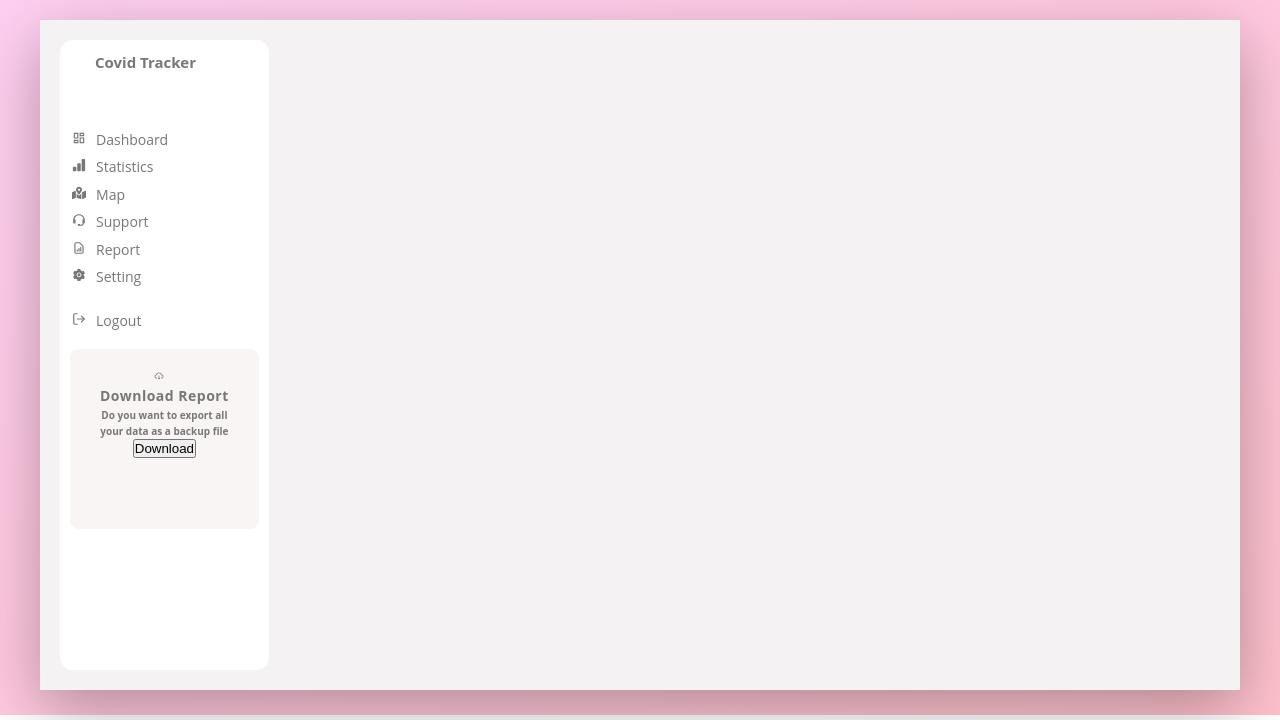
Repository: okidijimmy200/CovidAdminTracker
Page: /
These files come from the project's save history. The page is drawn as it stood at one moment and after the next save; the edit follows.
The browser window is 1280 px wide. The pictures show the whole page.
The project was rebuilt for these pictures with package versions that can differ from the ones it lists, and the page was loaded fresh each time.

Above is the page before, as saved 2022-06-16 12:56:36.

### public/index.html
<!DOCTYPE html>
<html lang="en">
  <head>
    <meta charset="utf-8" />
    <link rel="icon" href="%PUBLIC_URL%/favicon.ico" />
    <meta name="viewport" content="width=device-width, initial-scale=1" />
    <meta name="theme-color" content="#000000" />
    <meta
      name="description"
      content="Web site created using create-react-app"
    />
    <link rel="apple-touch-icon" href="%PUBLIC_URL%/logo192.png" />
    <!--
      manifest.json provides metadata used when your web app is installed on a
      user's mobile device or desktop. See https://developers.google.com/web/fundamentals/web-app-manifest/
    -->
    <link rel="manifest" href="%PUBLIC_URL%/manifest.json" />
    <!--
      Notice the use of %PUBLIC_URL% in the tags above.
      It will be replaced with the URL of the `public` folder during the build.
      Only files inside the `public` folder can be referenced from the HTML.

      Unlike "/favicon.ico" or "favicon.ico", "%PUBLIC_URL%/favicon.ico" will
      work correctly both with client-side routing and a non-root public URL.
      Learn how to configure a non-root public URL by running `npm run build`.
    -->
    <title>Covid Admin Tracker</title>
  </head>
  <body>
    <noscript>You need to enable JavaScript to run this app.</noscript>
    <div id="root"></div>
    <!--
      This HTML file is a template.
      If you open it directly in the browser, you will see an empty page.

      You can add webfonts, meta tags, or analytics to this file.
      The build step will place the bundled scripts into the <body> tag.

      To begin the development, run `npm start` or `yarn start`.
      To create a production bundle, use `npm run build` or `yarn build`.
    -->
  </body>
</html>

### src/index.scss
:root {
  --color-primary:#eb2f64;
  --color-primary-light:#ffcff1;
  --color-primary-dark:#ffc1cc;
  --color-grey-light-1: #faf9f9;
  --color-grey-light-2: #f4f2f2;
  --color-grey-light-3: #f0eeee;
  --color-grey-light-4: #ccc;
  --color-grey-dark-1: #333;
  --color-grey-dark-2: #777;
  --color-grey-dark-3: #999;

  // creating variable for box
  --shadow-dark: 0 2rem 6rem rgba(0, 0, 0, 0.3);

  --shadow-light: 0 2rem 5rem rgba(0,0,0,.06);
}


* {
  margin: 0;
  padding: 0;
}
*,
*::before,
*::after {
  box-sizing: inherit;
}

html {
  box-sizing: border-box;
  font-size: 62.5%;

}

body {
  font-family: 'Open Sans', sans-serif;
  font-weight: 400;
  line-height: 1.6;
  color: var(--color-grey-dark-2);
  background-image: linear-gradient(to right bottom, var(--color-primary-light), var(--color-primary-dark));
  background-size: cover;
  background-repeat: no-repeat;
  min-height: 96.5vh;
}

### src/App.tsx
import React from 'react';
import Sidebar from './sidebar/sidebar';
import Content from './core/content';
import './App.scss';

function App() {
  return (
    <div data-testid='container' className="container">
      <div className="content">
      <Sidebar />
      <Content />
      </div>

    </div>
  );
}

export default App;

### src/sidebar/sidebar.tsx
import React from 'react'
import {MdOutlineDashboard  } from 'react-icons/md'
import { BsFillBarChartFill } from 'react-icons/bs'
import { FaMapMarkedAlt } from 'react-icons/fa'
import { BiSupport } from 'react-icons/bi'
import { HiOutlineDocumentReport } from 'react-icons/hi'
import { AiFillSetting } from 'react-icons/ai'
import { FiLogOut } from 'react-icons/fi'
import { AiOutlineCloudDownload } from 'react-icons/ai'

import './sidebar.scss'

export default function sidebar() {
  return (
    <>
    <nav className="sidebar">
        <h2 className='title'>Covid Tracker</h2>
        <div className='sidebar-flex'>
            <div>
            <ul className="side-nav">
            <li className="side-nav__item side-nav__item--active">
                <span className='side-nav__icon'><MdOutlineDashboard /></span>
                    <span>Dashboard</span>
            </li>
            <li className="side-nav__item">
                {/* <a href="#" class="side-nav__link"> */}
                    <span className="side-nav__icon">
                        <BsFillBarChartFill />
                        {/* <use xlink:href="img/spritspam#icon-aircraft-take-off"></use> */}
                    </span>
                    <span>Statistics</span>
                {/* </a> */}
            </li>
            <li className="side-nav__item">
                {/* <a href="#" class="side-nav__link"> */}
                    <span className="side-nav__icon">
                        <FaMapMarkedAlt />
                        {/* <use xlink:href="img/sprite.svg#icon-key"></use> */}
                    </span>
                    <span>Map</span>
                {/* </a> */}
            </li>
            <li className="side-nav__item">
                {/* <a href="#" className="side-nav__link"> */}
                    <span className="side-nav__icon">
                        {/* <use xlink:href="img/sprite.svg#icon-map"></use> */}
                        <BiSupport />
                    </span>
                    <span>Support</span>
                {/* </a> */}
            </li>
            <li className="side-nav__item">
                {/* <a href="#" className="side-nav__link"> */}
                    <span className="side-nav__icon">
                        {/* <use xlink:href="img/sprite.svg#icon-map"></use> */}
                        <HiOutlineDocumentReport />
                    </span>
                    <span>Report</span>
                {/* </a> */}
            </li>
            <li className="side-nav__item">
                {/* <a href="#" className="side-nav__link"> */}
                    <span className="side-nav__icon">
                        {/* <use xlink:href="img/sprite.svg#icon-map"></use> */}
                        <AiFillSetting />
                    </span>
                    <span>Setting</span>
                {/* </a> */}
            </li>
        </ul>
            </div>
            <div>
                <ul className="side-nav logout">
                <li className="side-nav__item">
                <span className="side-nav__icon">
                        <FiLogOut />
                    </span>
                <span>Logout</span>
            </li>
                </ul>

            </div>

        <div className="download">
            <div className='download__container'>
            <span className="side-nav__icon">
                <AiOutlineCloudDownload />
            </span>
            <h2 className='title__download'>Download Report</h2>
                <h4>Do you want to export all your data as a backup file</h4>
            <button>Download</button>
            </div>

        </div>
        </div>
    </nav>
</>
  )
}

### src/core/content.tsx
import React from 'react'

import './content.scss'

export default function Content() {
  return (
    <main className="hotel-view">
    </main>
  )
}

### src/App.scss
.container {
  max-width: 120rem;
  // centering in the view port
  margin: 2rem auto;
  background-color: var(--color-grey-light-2);
  // box-shadow:;
  box-shadow: var(--shadow-dark);

  // min height for testing
  // min-height: 60rem;

}

.content {
  display: flex;
  min-height: 93vh;
  padding: 2rem;
}

### src/sidebar/sidebar.scss

.sidebar {
    // styling the sidebar
    background-color: #fff;
    // flex property to define width, grow 0, shrink 0
    flex: 0 0 18%;
    // to create alot of space in the container for legal text
    border-radius: 1.3rem;
}

.side-nav {
    // adding font size
    font-size: 1.4rem;
    list-style: none;
    margin-top: 3.5rem;


   &__item {
       // parent element set to relative to element the hover effect
       position: relative;
       cursor: pointer;
       margin-left: 1.2rem;

       // to create space btn the items
       &:not(:last-child) {
           margin-bottom: .5rem;
       }
   }

   // this shd be visible only when we hover the item
   &__item:hover::before,
   // to make one of the li items initially highlighted
   &__item--active::before {
       width: 100%;
   }

   // to show the item as selected
   &__item:active::before {
       background-color: #fff;
   }


   &__link:link,
   &__link:visited {
    //    color: var(--color-grey-light-1);
       text-decoration: none;
       text-transform: uppercase;
       display: inline-block;
       padding: 1.5rem 3rem;
       // z-index only works with positioning
       position: relative;
       z-index: 10;
       // to align items in straight line
       display: flex;
       align-items: center;
   }

   &__icon {
       // reduce size of icons
       width: 1.75rem;
       height: 1.75rem;
       margin-right: 1rem;
       // current color is the color of the current element
       fill:currentColor;
   }
}
.logout {
    margin-top: 2.2rem;
    margin-bottom: 1.6rem;
}
.sidebar-flex {
    display: flex;
    flex-direction: column;
    height: 45rem;
}
.title {
    padding: 1rem 2rem 2rem 3.5rem;
}

.download {
    border-radius: .9rem;
    background-color: #F9F5F4;
    height: 18rem;
    margin: 0 1rem;

    &__container {
        text-align: center;
        margin: 2rem;
    }
}
.title__download {
    font-size: 1.4rem;
    font-weight: bold;
    letter-spacing: .5px;
}

### src/core/content.scss
.hotel-view {
    // background-color: #fff;
    // to make the hotel-view cover up the remaining space
    flex: 1;
    margin-left: 2rem;
}

Loaded but not shown: src/index.tsx (common file); src/reportWebVitals.ts (common file)

After the next save:
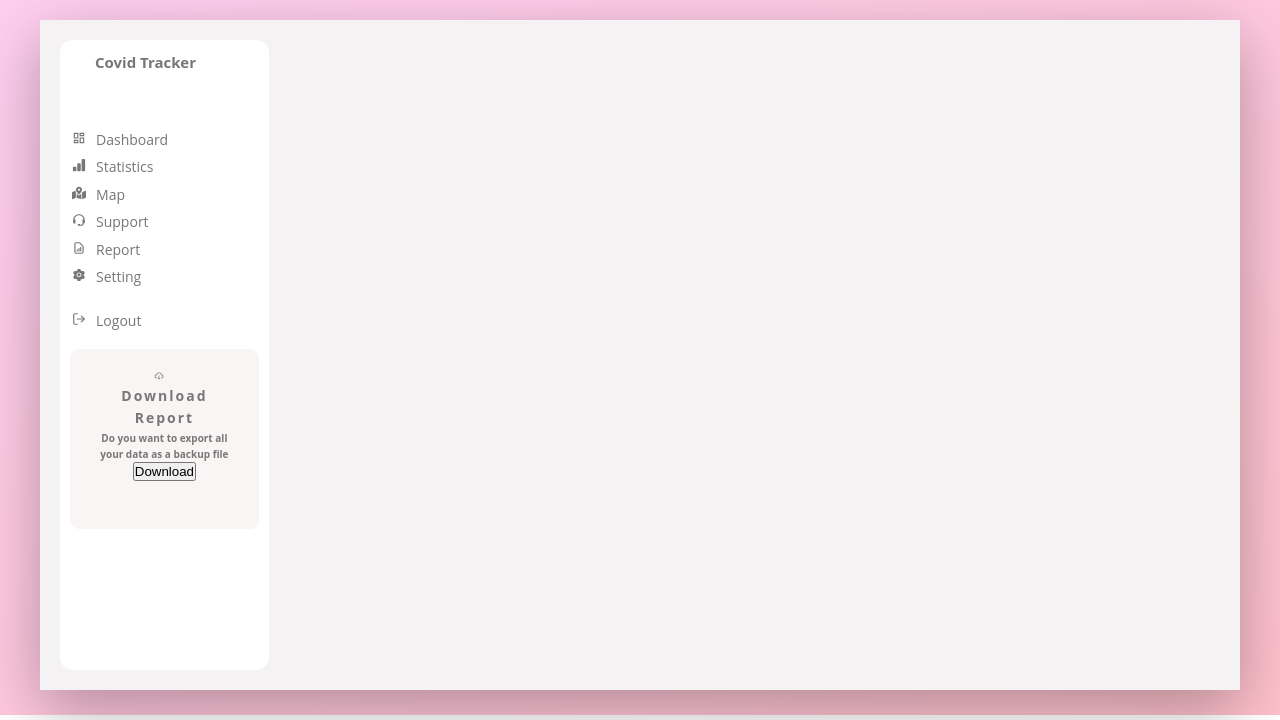
Saved 8 s later.
--- a/src/sidebar/sidebar.scss
+++ b/src/sidebar/sidebar.scss
@@ -91,5 +91,5 @@
 .title__download {
     font-size: 1.4rem;
     font-weight: bold;
-    letter-spacing: .5px;
+    letter-spacing: 2px;
 }
